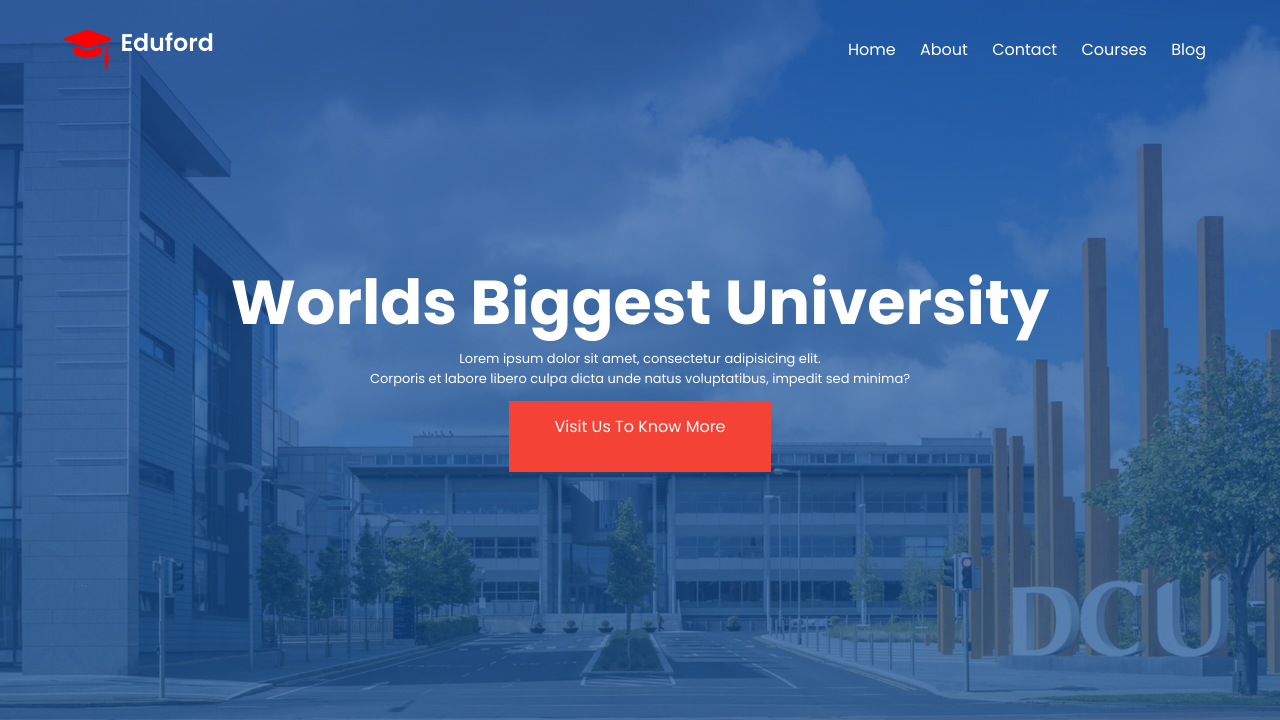
Repository: yashrajverma/Practise
Page: index.html
The author's editor kept a copy of each file at every save. The page is drawn from the files as they stood at one save, then again after the next save.
The browser window is 1280 px wide. The pictures show the whole page.
The pointer rests on the first visible `.text-box a`.

Above is the page before, as saved 2021-04-27 11:28:17.

### index.html
<!DOCTYPE html>
<html lang="en">
  <head>
    <meta charset="UTF-8" />
    <meta name="viewport" content="width=device-width, initial-scale=1.0" />
    <title>Website</title>
    <link rel="stylesheet" href="style.css" />
    <link rel="preconnect" href="https://fonts.gstatic.com">
<link href="https://fonts.googleapis.com/css2?family=Poppins:ital,wght@0,100;0,400;0,600;0,700;1,500&display=swap" rel="stylesheet">
  </head>
  <body>
    <section class="header">
        <nav>
         <a href="index.html"><img src="eduford_img/logo.png" alt="logo" class="nav-img"/></a>
          <div class="nav-links">
             <ul>
            <li><a href="#">Home</a></li>
            <li><a href="#">About</a></li>
            <li><a href="#">Contact</a></li>
            <li><a href="#">Courses</a></li>
            <li><a href="#">Blog</a></li>
          </ul>
          </div>
        </nav>

        <div class="text-box">
          <h1>
            Worlds Biggest University
          </h1>
          <p>
            Lorem ipsum dolor sit amet, consectetur adipisicing elit. <br>
            Corporis et labore libero culpa dicta unde natus voluptatibus, impedit sed minima?
          </p>
          <a href="#">Visit Us To Know More</a>
        </div>
    </section>
  </body>
</html>

### style.css
*{
    margin: 0;
    padding: 0;
    font-family: 'Poppins', sans-serif;
}

.header{
    width: 100%;
    min-height: 100vh;
    background:linear-gradient(rgba(23, 76, 156, 0.7),rgba(17, 75, 141, 0.7)) ,url('./eduford_img/banner.png');
    background-position: fixed;
    background-size: cover;
    background-repeat: no-repeat;
    position: relative;
}
nav{
    display: flex;
    align-items: center;
    justify-content: space-between;
    padding: 2% 5%;
}
.nav-img{
    width: 150px;
}
.nav-links{
    flex:1;
    text-align: right;
}
.nav-links ul li{
    list-style: none;
    padding: 0 10px ;
    display: inline-block;
    position: relative;
}
.nav-links ul li  a{
    text-decoration: none;
    color: white;

}
.nav-links ul li::after{
    width: 0;
    height: 2px;
    content: '';
    background-color: #f44336;
    display: block;
    margin: auto;
    transition: 0.4s;
}
.nav-links ul li:hover::after{
    width: 100%;
}
.text-box{
    width: 90%;
    text-align: center;
    position: absolute;
    top: 50%;
    left: 50%;
    transform: translate(-50%,-50%);
    color: white;
}
.text-box h1{
    font-size: 62px;
}
.text-box p{
    font-size: 13px;
}
.text-box a{
    display: inline-block;
    padding: 12px 34px ;
    color: white;
    text-decoration: none;
    position: relative;
    margin: 12px;
    border: 1px solid white;
    background: transparent;
    transition: 0.4s;
}
.text-box a:hover{
    background: #f44336;
    border:1px solid #f44336;
    box-shadow: 0px 10px 0px 10px #f44336;
}

After the next save:
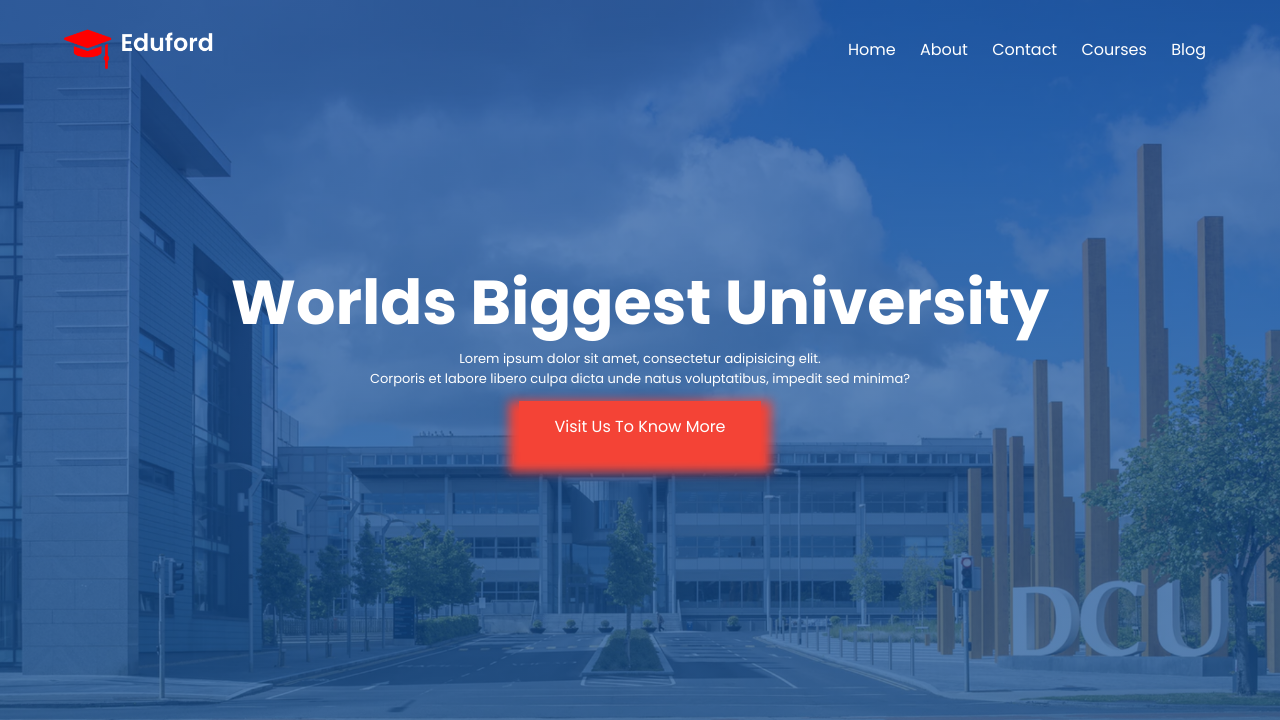
Saved 6 s later.
--- a/style.css
+++ b/style.css
@@ -78,5 +78,5 @@
 .text-box a:hover{
     background: #f44336;
     border:1px solid #f44336;
-    box-shadow: 0px 10px 0px 10px #f44336;
+    box-shadow: 0px 10px 10px 10px #f44336;
 }
